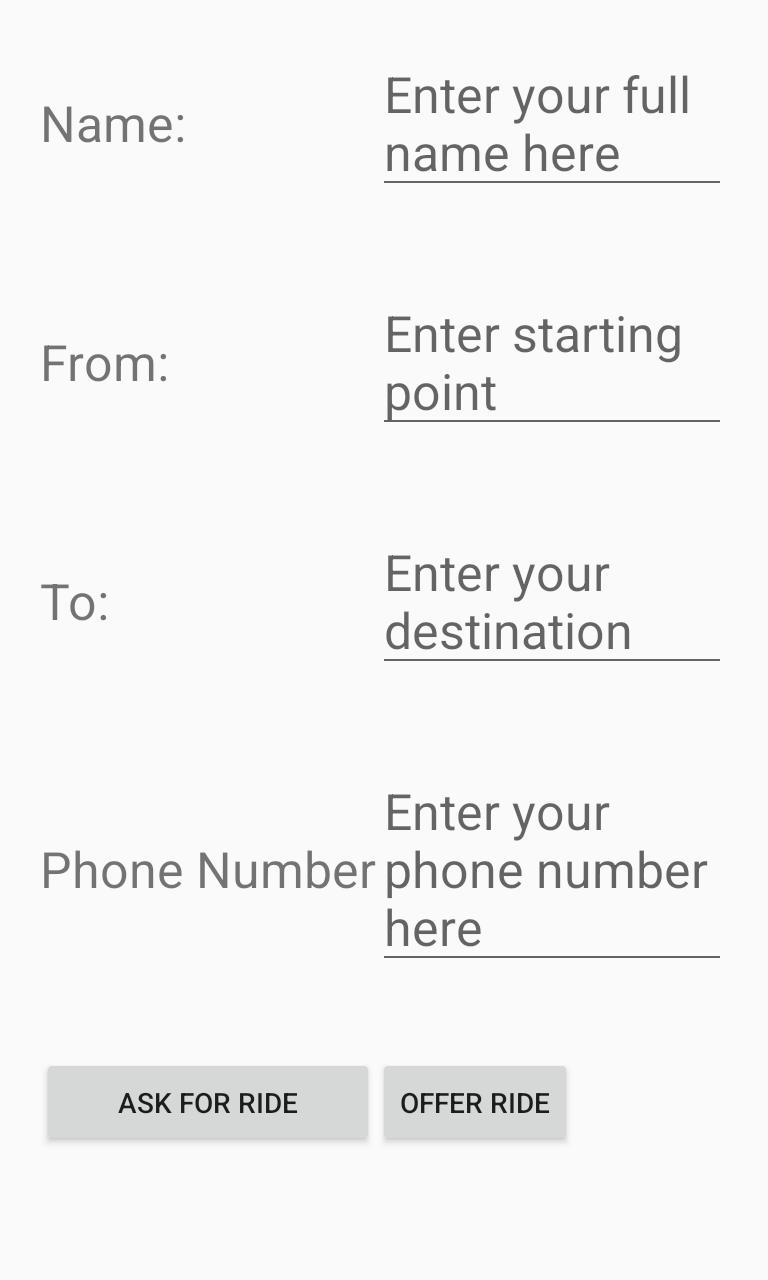
Repository: TewodrosT/LiLY
Layout: TransportationLily/res/layout/activity_main.xml
An editor plug-in stored every save of this project. The layout is shown before and after the next save, followed by the edit.
It is drawn on a 768 x 1280 px phone screen (xhdpi) without system bars, with theme AppTheme; the app's code is not run. The app's manifest (not shown) leaves right-to-left support off. So textAlignment, textDirection and layoutDirection are ignored, and left and right values win over start and end ones.

Above is the layout before, as saved 2014-08-06 11:19:34.

### TransportationLily/res/layout/activity_main.xml
<LinearLayout xmlns:android="http://schemas.android.com/apk/res/android"
    xmlns:tools="http://schemas.android.com/tools"
    android:layout_width="match_parent"
    android:layout_height="match_parent"
    android:orientation="vertical"
    tools:context="com.example.transportationlily.MainActivity" >

    <TableLayout
        android:layout_width="match_parent"
        android:layout_height="match_parent" >


        <TableRow
            android:layout_width="wrap_content"
            android:layout_height="wrap_content"
            android:layout_margin="20sp" >

            <TextView
                android:layout_width="wrap_content"
                android:layout_height="wrap_content"
                android:text="@string/senior_name"
                android:textSize="25sp" />

            <EditText
                android:id="@+id/to"
                android:layout_width="0dp"
                android:layout_height="wrap_content"
                android:layout_weight="1"
                android:hint="@string/typein_name"
                android:textSize="25sp" />
        </TableRow>

       <TableRow
            android:layout_width="wrap_content"
            android:layout_height="wrap_content"
            android:layout_margin="20sp" >

            <TextView
                android:layout_width="wrap_content"
                android:layout_height="wrap_content"
                android:text="@string/starting_point"
                android:textSize="25sp" />

            <EditText
                android:id="@+id/from"
                android:layout_width="0dp"
                android:layout_height="wrap_content"
                android:layout_weight="1"
                android:hint="@string/starting_location"
                android:textSize="25sp" />
        </TableRow>

        <TableRow
            android:layout_width="wrap_content"
            android:layout_height="wrap_content"
            android:layout_margin="20sp" >

            <TextView
                android:layout_width="wrap_content"
                android:layout_height="wrap_content"
                android:text="@string/destination_point"
                android:textSize="25sp" />

            <EditText

                android:layout_width="0dp"
                android:layout_height="wrap_content"
                android:layout_weight="1"
                android:hint="@string/ending_location"
                android:textSize="25sp" />
        </TableRow>

         <TableRow
            android:layout_width="wrap_content"
            android:layout_height="wrap_content"
            android:layout_margin="20sp" >

            <TextView
                android:layout_width="wrap_content"
                android:layout_height="wrap_content"
                android:text="@string/contact_info"
                android:textSize="25sp" />

            <EditText

                android:layout_width="0dp"
                android:layout_height="wrap_content"
                android:layout_weight="1"
                android:hint="@string/phone_number"
                android:textSize="25sp" />
        </TableRow>

      <TableRow
            android:layout_width="wrap_content"
            android:layout_height="wrap_content"
            android:layout_margin="20sp" >
      <Button
        android:layout_width="wrap_content"
        android:layout_height="wrap_content"
        android:text="@string/button_askride"
        android:onClick="sendMessage" />

     <Button
        android:layout_width="wrap_content"
        android:layout_height="wrap_content"
        android:text="@string/button_offerride"
        android:onClick="sendMessage" />
     </TableRow>

    </TableLayout>

</LinearLayout>

### TransportationLily/res/values/strings.xml
<?xml version="1.0" encoding="utf-8"?>
<resources>

    <string name="app_name">TransportationLily</string>
    <string name="hello_world">Hello world!</string>
    <string name="action_settings">Settings</string>
    <string name= "starting_point">From: </string>
    <string name="starting_location">Enter starting point</string>
    <string name= "destination_point">To: </string>
    <string name="ending_location">Enter your destination</string>
    <string name= "senior_name"> Name: </string>
    <string name= "typein_name"> Enter your full name here</string>
    <string name= "contact_info"> Phone Number</string>
    <string name= "phone_number"> Enter your phone number here</string>
    <string name = "button_askride"> Ask for ride</string>
    <string name = "button_offerride"> Offer ride</string>
</resources>

Loaded but not shown: TransportationLily/res/values/styles.xml (common file); TransportationLily/res/values-v11/styles.xml (common file); TransportationLily/res/values-v14/styles.xml (common file)

After the next save:
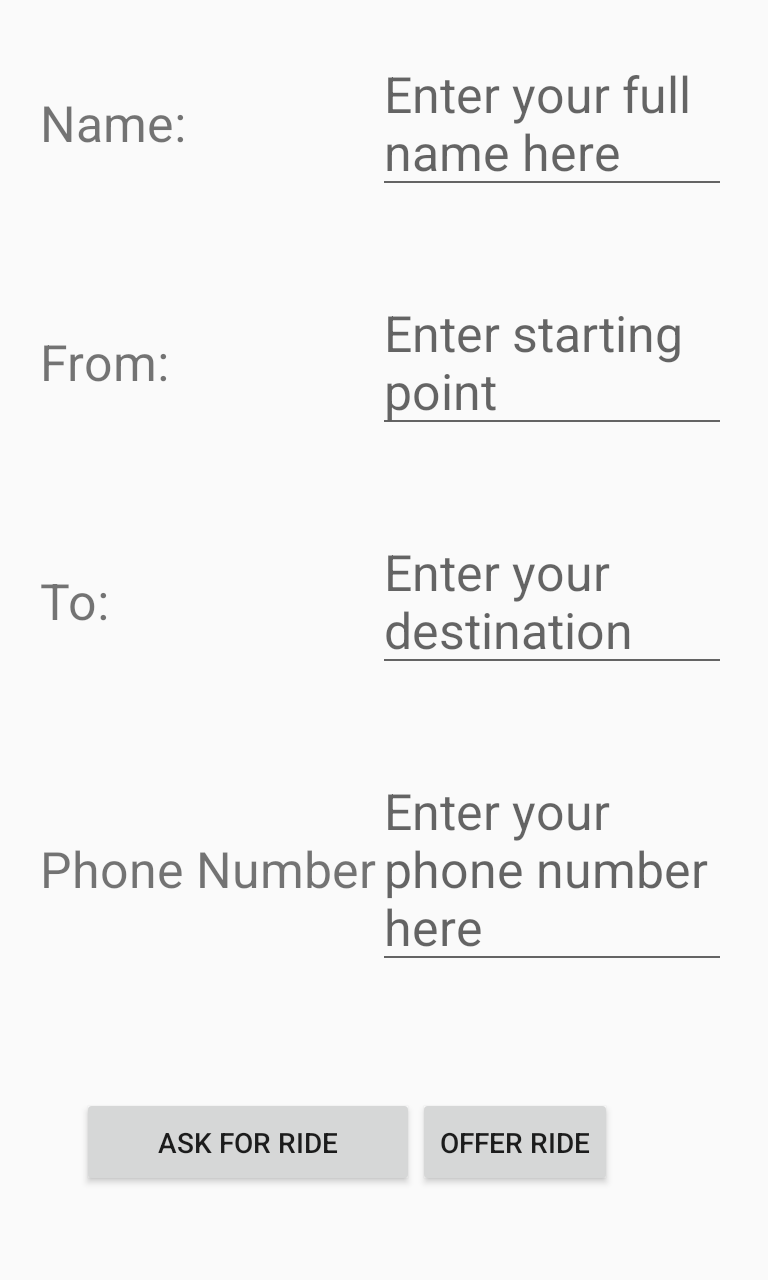
Saved 41 s later.
--- a/TransportationLily/res/layout/activity_main.xml
+++ b/TransportationLily/res/layout/activity_main.xml
@@ -93,7 +93,7 @@
       <TableRow
             android:layout_width="wrap_content"
             android:layout_height="wrap_content"
-            android:layout_margin="20sp" >
+            android:layout_margin="40sp" >
       <Button
         android:layout_width="wrap_content"
         android:layout_height="wrap_content"

After the save that followed:
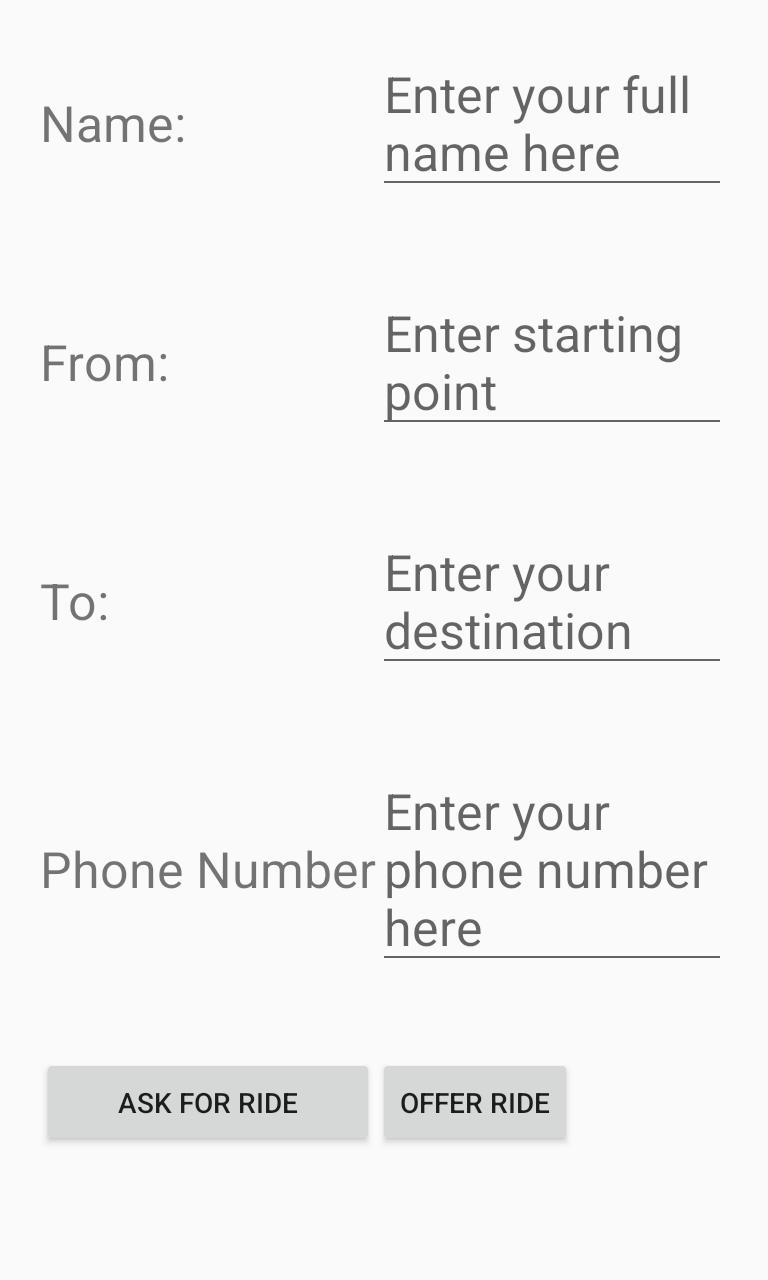
Saved 2 min 35 s later.
--- a/TransportationLily/res/layout/activity_main.xml
+++ b/TransportationLily/res/layout/activity_main.xml
@@ -93,7 +93,8 @@
       <TableRow
             android:layout_width="wrap_content"
             android:layout_height="wrap_content"
-            android:layout_margin="40sp" >
+            android:layout_margin="20sp"
+            android:textAlignment="center">
       <Button
         android:layout_width="wrap_content"
         android:layout_height="wrap_content"
